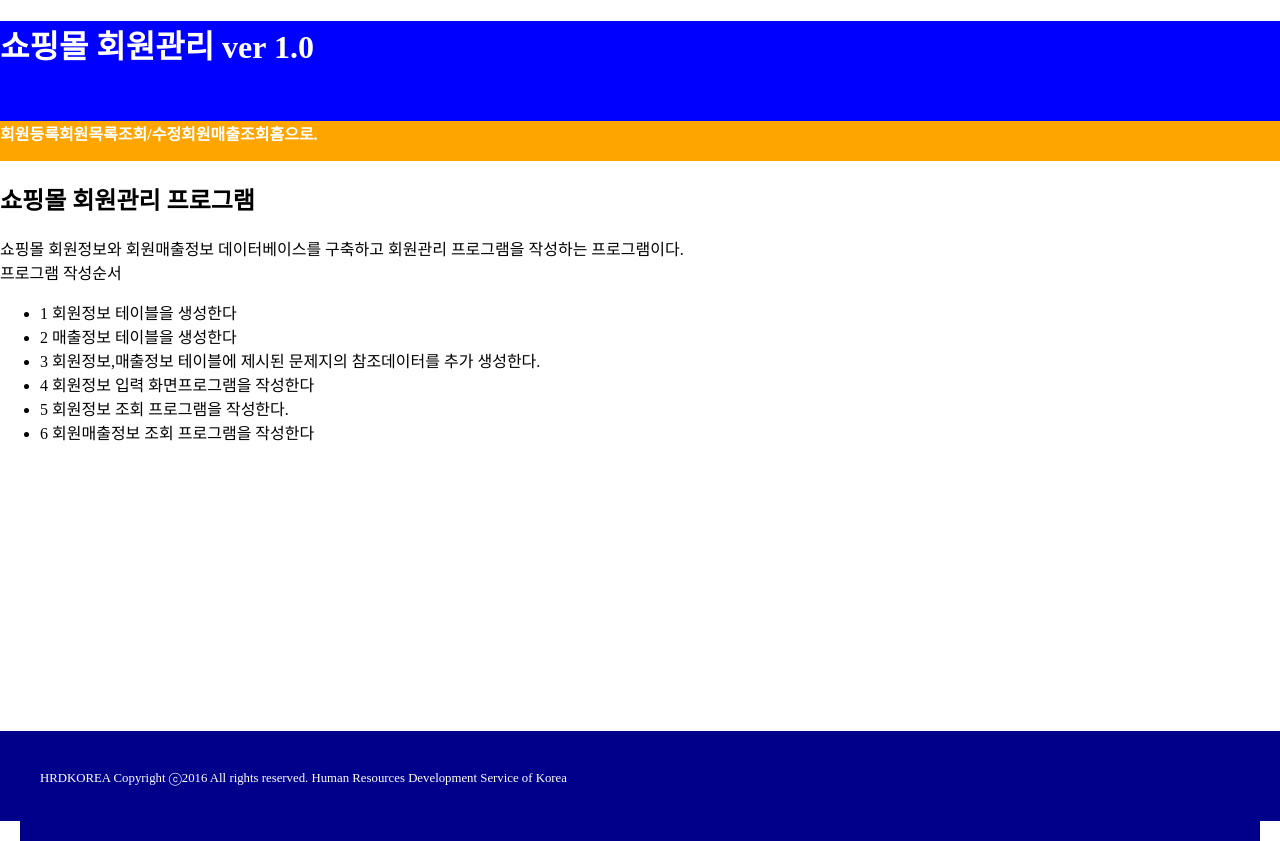
Repository: GotChun/DH_JSP
Page: http://localhost/HRD_1234/memberInfo.jsp
The author's editor kept a copy of each file at every save. The page is drawn from the files as they stood at one save, then again after the next save.
The browser window is 1280 px wide. The pictures show the whole page.
The page is served by Tomcat 9. Other server files are loaded and not shown.

Above is the page before, as saved 2024-10-24 08:11:40.

### hrdkorea/HRD_1234/src/main/webapp/memberInfo.jsp
<%@ page language="java" contentType="text/html; charset=UTF-8"
    pageEncoding="UTF-8"%>
<!DOCTYPE html>
<html>
<head>
<meta charset="UTF-8">
<title>Insert title here</title>
<style>
	body{margin:0;padding:0;}

	section{height:calc(100vh - 170px);}
</style>
</head>

<body>

<div class="wrapper">
	<%@ include file="layout/header.jsp" %>
	<section>
		<div>
			<h2>쇼핑몰 회원관리 프로그램</h2>
		</div>
		<div>
			쇼핑몰 회원정보와 회원매출정보 데이터베이스를 구축하고 회원관리 프로그램을 작성하는 프로그램이다.
		</div>
		<div>
			프로그램 작성순서
		</div>
		<div>
			<ul>
			<li>1 회원정보 테이블을 생성한다</li>
			<li>2 매출정보 테이블을 생성한다</li>
			<li>3 회원정보,매출정보 테이블에 제시된 문제지의 참조데이터를 추가 생성한다.</li>
			<li>4 회원정보 입력 화면프로그램을 작성한다</li>
			<li>5 회원정보 조회 프로그램을 작성한다.</li>
			<li>6 회원매출정보 조회 프로그램을 작성한다</li>
			</ul>
		</div>

	</section>

	<footer>
	<%@ include file="layout/footer.jsp" %>

	</footer>
</div>


</body>
</html>

### hrdkorea/HRD_1234/src/main/webapp/layout/header.jsp
<%@ page language="java" contentType="text/html; charset=UTF-8"
	pageEncoding="UTF-8"%>
<style>
header {
	height: 100px;
	background-color: blue;
	color: white;
}
nav{height:40px;
	background-color:orange;}
nav>ul{
	list-style:none;margin:0;padding:0;
	display:flex;
	justify-content:left;
	align-items:center;}
nav>ul>li>a{
	display:block;
	text-decoration:none;
	color:white;
	font-weight:600;}

</style>


<header>
	<h1>쇼핑몰 회원관리 ver 1.0</h1>
</header>
<nav>
	<ul>
		<li><a href="">회원등록</a></li>
		<li><a href="">회원목록조회/수정</a></li>
		<li><a href="">회원매출조회</a></li>
		<li><a href="">홈으로.</a></li>
	</ul>
</nav>

### hrdkorea/HRD_1234/src/main/webapp/layout/footer.jsp
<%@ page language="java" contentType="text/html; charset=UTF-8"
    pageEncoding="UTF-8"%>
<style>
	footer{
		height:50px;
		padding:20px;
		background-color:darkblue;
		color:white;
		font-size:.8rem;
		}
</style>

    <footer>
    	HRDKOREA Copyright ⓒ2016 All rights reserved. Human Resources Development Service of Korea
    </footer>

After the next save:
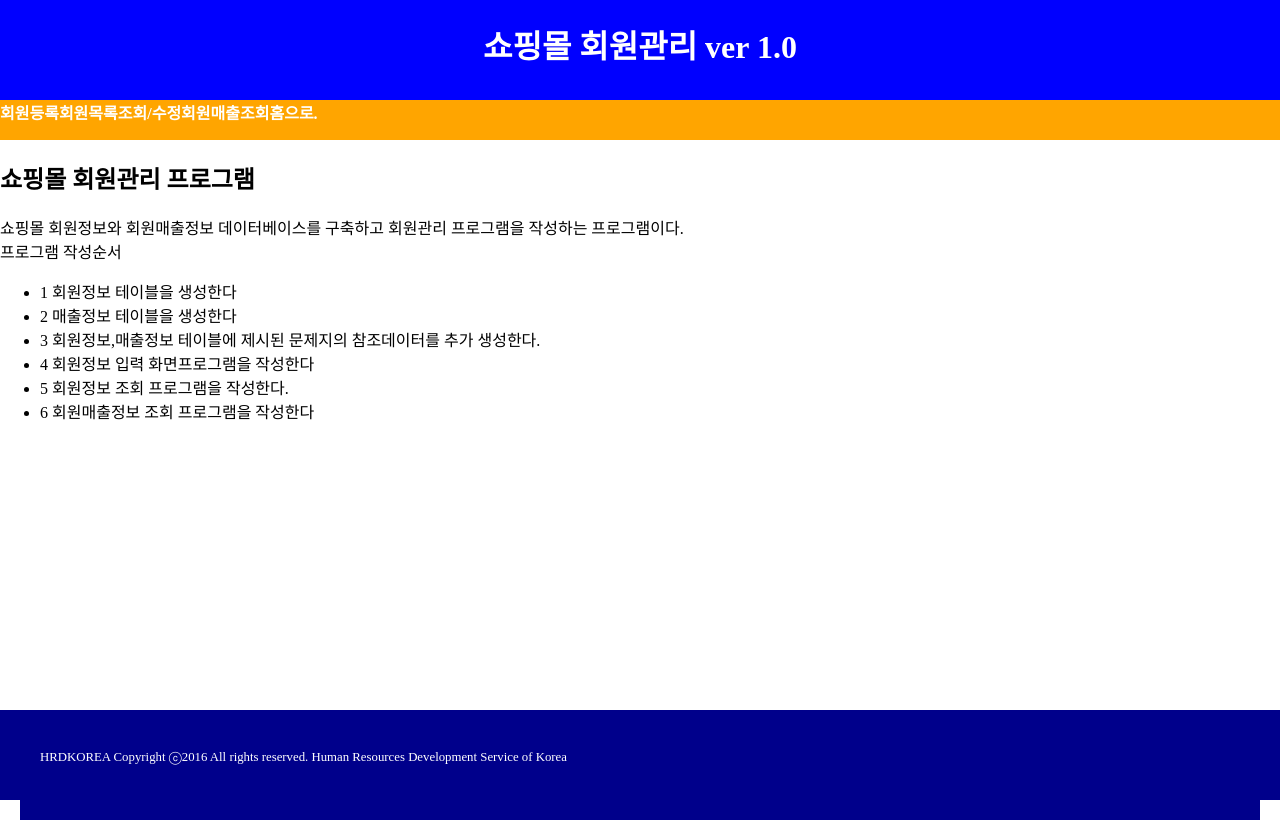
Saved 4 min 30 s later.
--- a/hrdkorea/HRD_1234/src/main/webapp/layout/header.jsp
+++ b/hrdkorea/HRD_1234/src/main/webapp/layout/header.jsp
@@ -5,6 +5,9 @@ header {
 	height: 100px;
 	background-color: blue;
 	color: white;
+	display:flex;
+	justify-content:center;
+	text-align:center;
 }
 nav{height:40px;
 	background-color:orange;}
